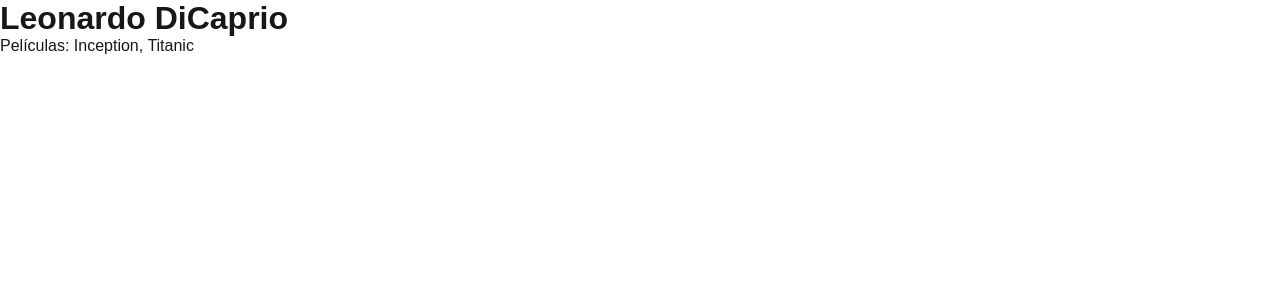
Repository: osoriomrs/ICS_IA
Page: /actors/a1 (app in ejer_11.1/)
The author's editor kept a copy of each file at every save. The page is drawn from the files as they stood at one save, then again after the next save.
The browser window is 1280 px wide. The pictures show the whole page.
The project was rebuilt for these pictures with package versions that can differ from the ones it lists, and the page was loaded fresh each time. The framework's server and built-in components were replaced by stand-ins that run in the browser. Also part of the build but not shown: ejer_11.1/next.config.mjs.

Above is the page before, as saved 2026-02-05 10:02:45.

### ejer_11.1/app/actors/[actorId]/page.js
import Link from 'next/link';

export default function ActorDetailPage({ params }) {
  const actor = {
    name: "Leonardo DiCaprio",
    movies: ["Inception", "Titanic"] // Esto vendría de tu API
  };

  return (
    <div>
      <h1>{actor.name}</h1>

      <p>
        Películas:{' '}
        {actor.movies && actor.movies.length > 0 ? (
          actor.movies.map((movieTitle, index) => (
            <span key={movieTitle}>
              <Link href={`/movies/${movieTitle.toLowerCase().replace(/\s/g, '-')}`}>
                {movieTitle}
              </Link>
              {index < actor.movies.length - 1 && ', '}
            </span>
          ))
        ) : (
          'No hay películas disponibles'
        )}
      </p>
    </div>
  );
}

Loaded but not shown: ejer_11.1/app/layout.js (common file); ejer_11.1/app/globals.css (common file)

After the next save:
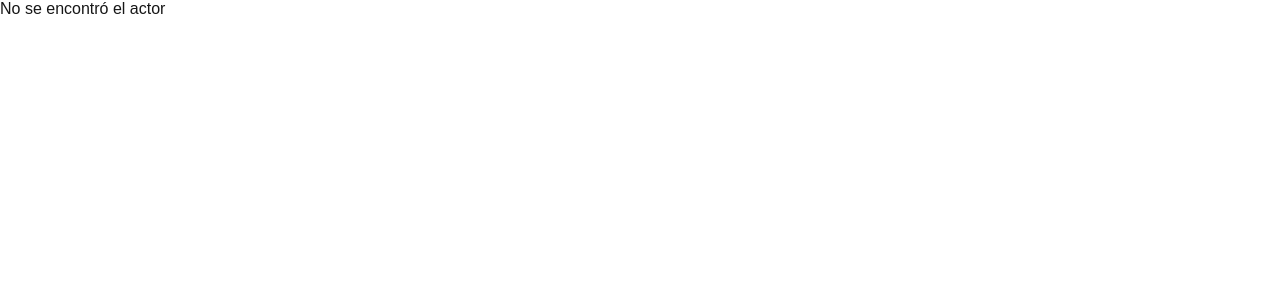
Saved 23 s later.
--- a/ejer_11.1/app/actors/[actorId]/page.js
+++ b/ejer_11.1/app/actors/[actorId]/page.js
@@ -1,30 +1,57 @@
-import Link from 'next/link';
+import Link from "next/link"
 
-export default function ActorDetailPage({ params }) {
-  const actor = {
+const actors = [
+  {
+    id: "leonardo-dicaprio",
     name: "Leonardo DiCaprio",
-    movies: ["Inception", "Titanic"] // Esto vendría de tu API
-  };
+    age: 49,
+    movies: ["inception", "titanic"]
+  },
+  {
+    id: "joseph-gordon-levitt",
+    name: "Joseph Gordon-Levitt",
+    age: 43,
+    movies: ["inception"]
+  }
+]
+
+const movies = [
+  { id: "inception", title: "Inception" },
+  { id: "titanic", title: "Titanic" }
+]
+
+export default async function ActorDetailPage({ params }) {
+  const { actorId } = params
+
+  const actor = actors.find(a => a.id === actorId)
+
+  if (!actor) {
+    return <p>No se encontró el actor</p>
+  }
 
   return (
     <div>
       <h1>{actor.name}</h1>
+      <p>Edad: {actor.age}</p>
 
       <p>
-        Películas:{' '}
+        Películas:{" "}
         {actor.movies && actor.movies.length > 0 ? (
-          actor.movies.map((movieTitle, index) => (
-            <span key={movieTitle}>
-              <Link href={`/movies/${movieTitle.toLowerCase().replace(/\s/g, '-')}`}>
-                {movieTitle}
-              </Link>
-              {index < actor.movies.length - 1 && ', '}
-            </span>
-          ))
+          actor.movies.map((movieId, index) => {
+            const movie = movies.find(m => m.id === movieId)
+            return (
+              <span key={movieId}>
+                <Link href={`/movies/${movieId}`}>
+                  {movie?.title || movieId}
+                </Link>
+                {index < actor.movies.length - 1 && ", "}
+              </span>
+            )
+          })
         ) : (
-          'No hay películas disponibles'
+          "No hay películas disponibles"
         )}
       </p>
     </div>
-  );
+  )
 }

After the save that followed:
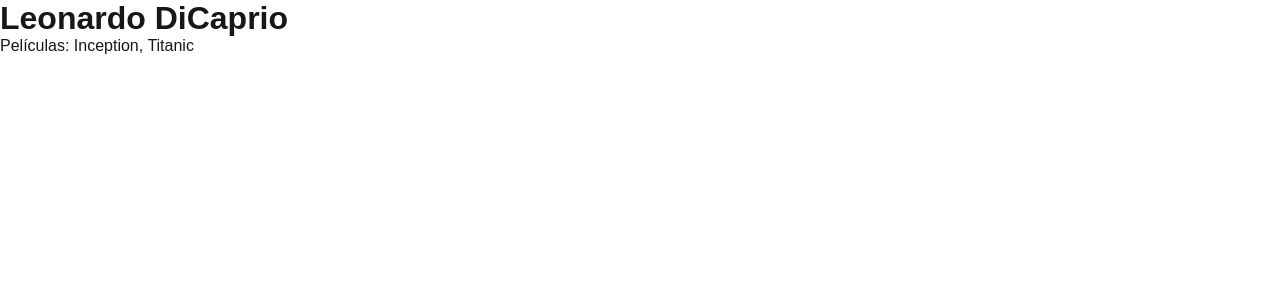
Saved 20 s later.
--- a/ejer_11.1/app/actors/[actorId]/page.js
+++ b/ejer_11.1/app/actors/[actorId]/page.js
@@ -1,57 +1,30 @@
-import Link from "next/link"
+import Link from 'next/link';
 
-const actors = [
-  {
-    id: "leonardo-dicaprio",
+export default function ActorDetailPage({ params }) {
+  const actor = {
     name: "Leonardo DiCaprio",
-    age: 49,
-    movies: ["inception", "titanic"]
-  },
-  {
-    id: "joseph-gordon-levitt",
-    name: "Joseph Gordon-Levitt",
-    age: 43,
-    movies: ["inception"]
-  }
-]
-
-const movies = [
-  { id: "inception", title: "Inception" },
-  { id: "titanic", title: "Titanic" }
-]
-
-export default async function ActorDetailPage({ params }) {
-  const { actorId } = params
-
-  const actor = actors.find(a => a.id === actorId)
-
-  if (!actor) {
-    return <p>No se encontró el actor</p>
-  }
+    movies: ["Inception", "Titanic"]
+  };
 
   return (
     <div>
       <h1>{actor.name}</h1>
-      <p>Edad: {actor.age}</p>
 
       <p>
-        Películas:{" "}
+        Películas:{' '}
         {actor.movies && actor.movies.length > 0 ? (
-          actor.movies.map((movieId, index) => {
-            const movie = movies.find(m => m.id === movieId)
-            return (
-              <span key={movieId}>
-                <Link href={`/movies/${movieId}`}>
-                  {movie?.title || movieId}
-                </Link>
-                {index < actor.movies.length - 1 && ", "}
-              </span>
-            )
-          })
+          actor.movies.map((movieTitle, index) => (
+            <span key={movieTitle}>
+              <Link href={`/movies/${movieTitle.toLowerCase().replace(/\s/g, '-')}`}>
+                {movieTitle}
+              </Link>
+              {index < actor.movies.length - 1 && ', '}
+            </span>
+          ))
         ) : (
-          "No hay películas disponibles"
+          'No hay películas disponibles'
         )}
       </p>
     </div>
-  )
+  );
 }
